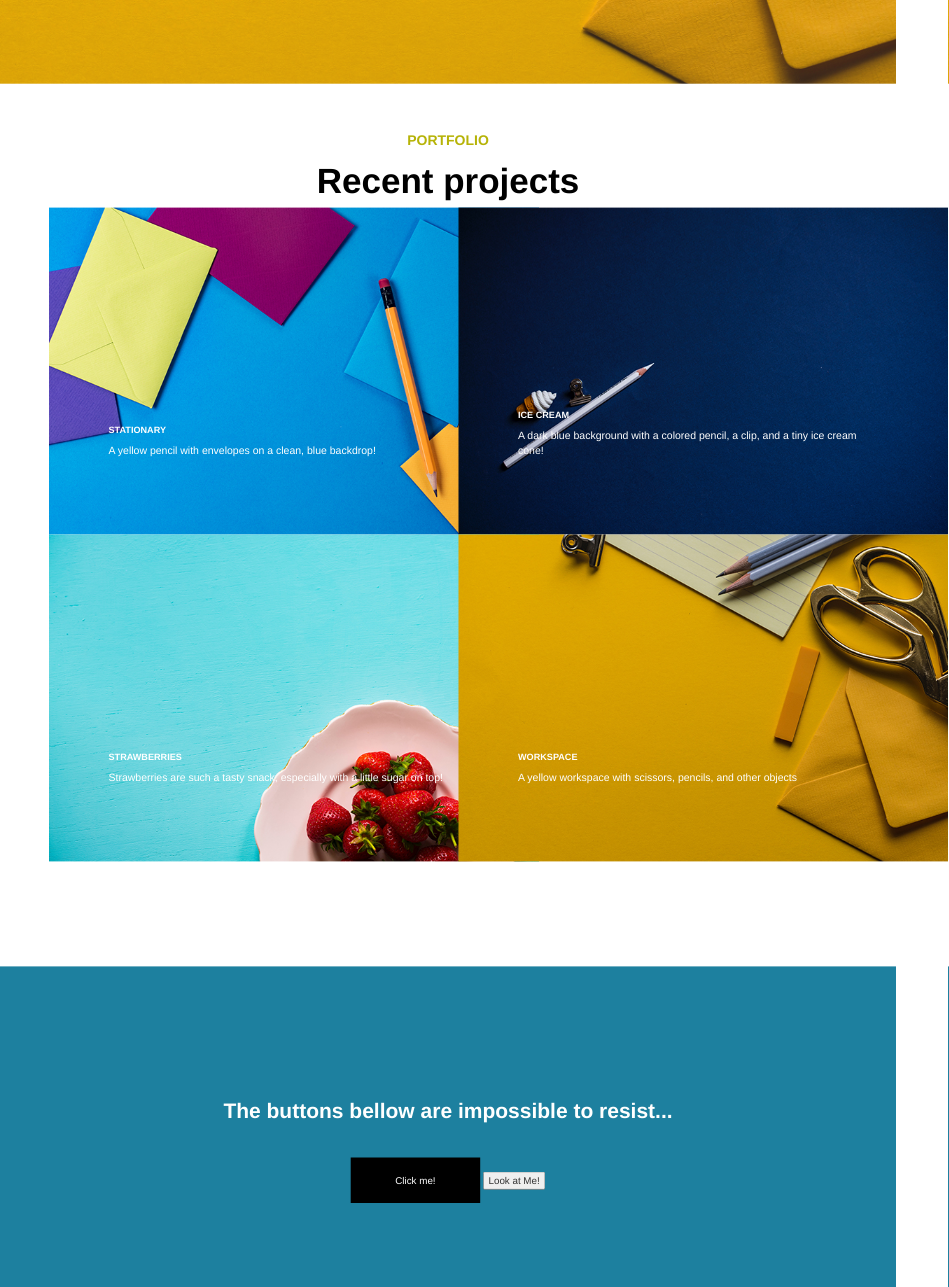
Repository: codin-full-stack/tomasz
Page: http://localhost/tomasz/portfolio/index.php
The author's editor kept a copy of each file at every save. The page is drawn from the files as they stood at one save, then again after a run of saves.
The browser window is 1280 px wide. The page is 1355 px wide, so the pictures cover 1355 px, including what lies to the right of the window. The pictures show the part of the page from y = 2312 to 4152 px (the page is 4150 px tall before and 4152 px after), at 70% of full size.
Some web libraries are served in a nearby version. The page is run by PHP 8.4 with error messages shown; the project is at /var/www/html/.

Above is the page before, as saved 2018-10-23 09:29:40.

After the next 2 saves:
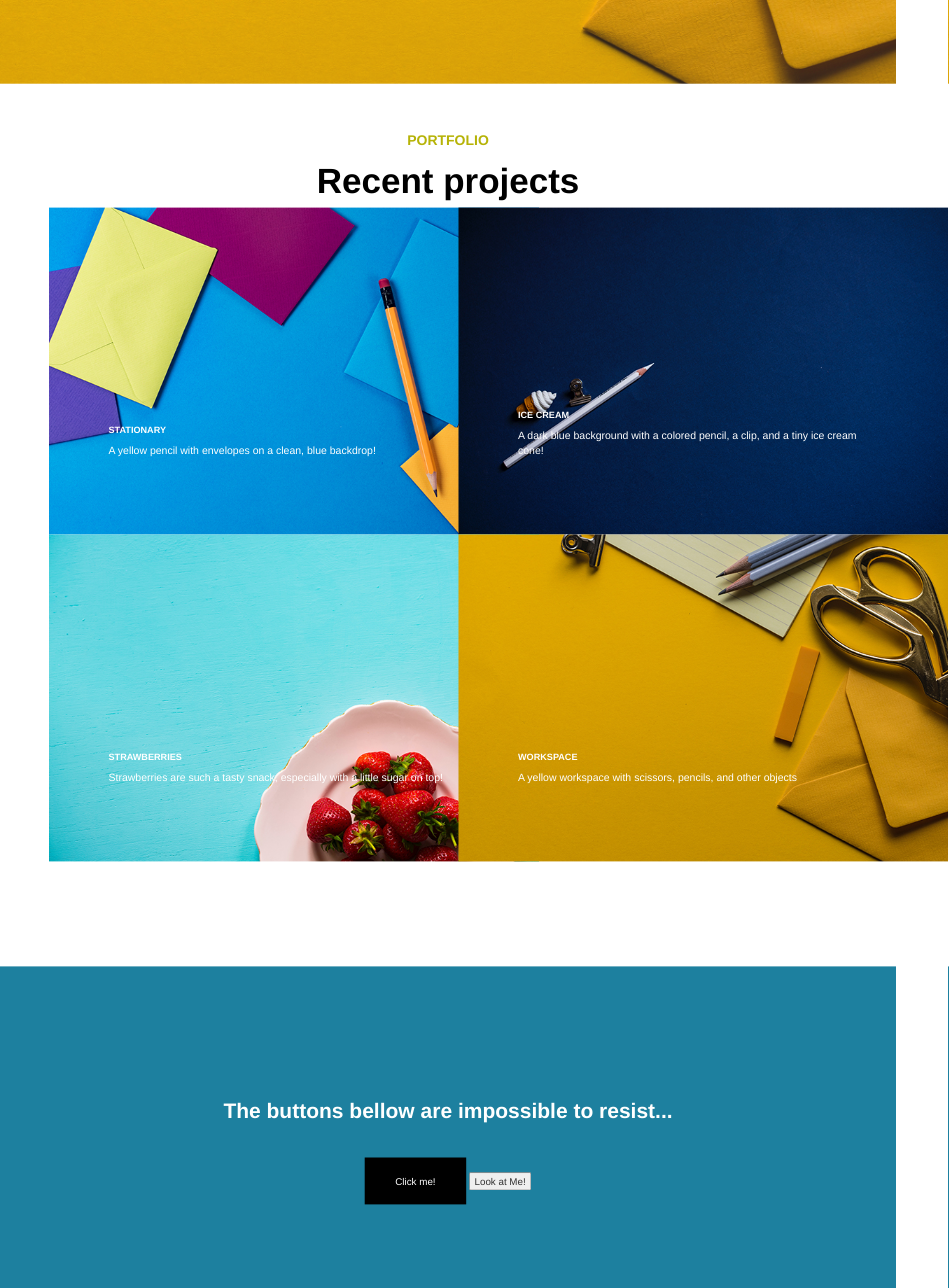
The 2 saves are shown as one change because they came seconds apart.
The last was saved 31 s later.
--- a/portfolio/styles.css
+++ b/portfolio/styles.css
@@ -180,8 +180,8 @@ body {
 }
 
 .button7-1 {
-    width: 185px;
-    height: 65px;
+    width: 145px;
+    height: 67px;
     background-color: #000000;
     border: none;
     color: #ffffff;
